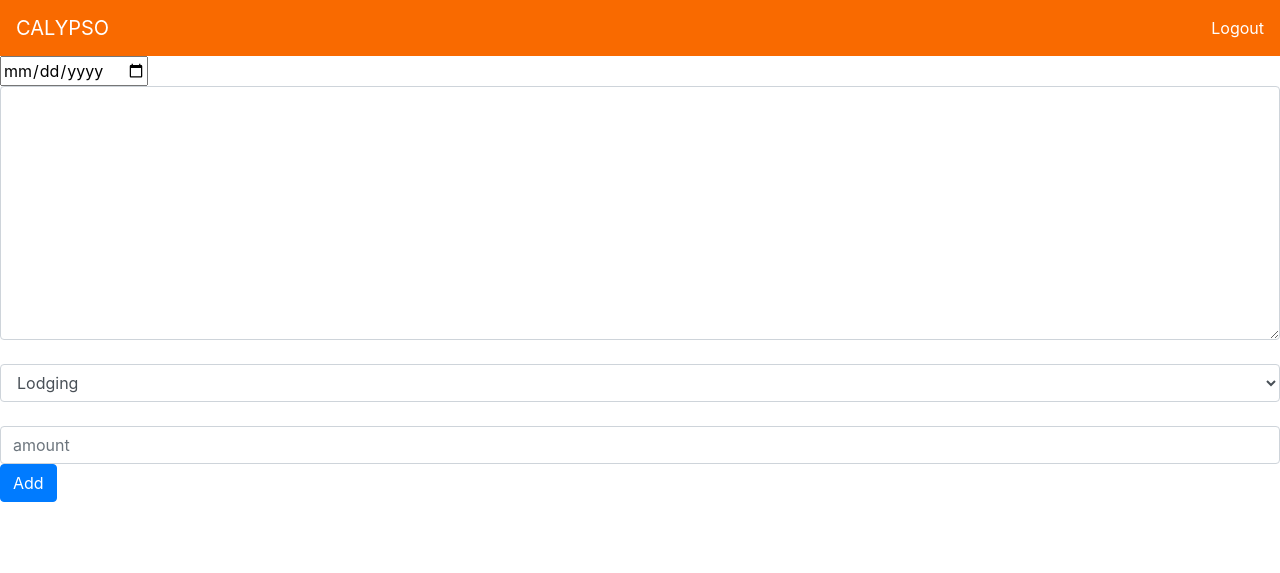
Repository: mileslacue/Project1
Page: Minimal Viable Product/Project1/ERS/src/main/webapp/partials/createReimbursement.html
An editor plug-in stored every save of this project. The page is shown before and after the next save, followed by the edit.
The browser window is 1280 px wide. The pictures show the whole page.
Some web libraries are served in a nearby version.

Above is the page before, as saved 2018-11-07 14:24:51.

### Minimal Viable Product/Project1/ERS/src/main/webapp/partials/createReimbursement.html
<!DOCTYPE html>
<html lang="en">

<head>
<meta charset="UTF-8">
<meta name="viewport" content="width=device-width, initial-scale=1.0">
<meta http-equiv="X-UA-Compatible" content="ie=edge">
<link rel="stylesheet" href="https://stackpath.bootstrapcdn.com/bootstrap/4.1.3/css/bootstrap.min.css" integrity="sha384-MCw98/SFnGE8fJT3GXwEOngsV7Zt27NXFoaoApmYm81iuXoPkFOJwJ8ERdknLPMO"

       crossorigin="anonymous">

<style>
nav {
	background-color: #F96A00;
}
</style>

</head>
<body>

	<nav class="navbar navbar-light">
		<a class="navbar-brand" href="#" style="color: white;"> CALYPSO </a> <a
			href="#" id="logout" style="color: white;">Logout</a>
	</nav>

	<input type="date" id="date" placeholder="">
	<br>
	<textarea class="form-control" name="description" id="description" cols="30" rows="10"></textarea>
	<br>
	<select class="form-control" name="type" id="type">
		<option value="Lodging">Lodging</option>
		<option value="Travel">Travel</option>
		<option value="Food">Food</option>
		<option value="Other">Other</option>
	</select>
	<br>
	<input class="form-control"type="number" placeholder="amount" id="amount">
	<button class="btn btn-primary" type="submit" id="add">Add</button>

	<script src="https://code.jquery.com/jquery-3.3.1.slim.min.js"
		integrity="sha384-q8i/X+965DzO0rT7abK41JStQIAqVgRVzpbzo5smXKp4YfRvH+8abtTE1Pi6jizo"
		crossorigin="anonymous"></script>
	<script
		src="https://cdnjs.cloudflare.com/ajax/libs/popper.js/1.14.3/umd/popper.min.js"
		integrity="sha384-ZMP7rVo3mIykV+2+9J3UJ46jBk0WLaUAdn689aCwoqbBJiSnjAK/l8WvCWPIPm49"
		crossorigin="anonymous"></script>
	<script
		src="https://stackpath.bootstrapcdn.com/bootstrap/4.1.3/js/bootstrap.min.js"
		integrity="sha384-ChfqqxuZUCnJSK3+MXmPNIyE6ZbWh2IMqE241rYiqJxyMiZ6OW/JmZQ5stwEULTy"
		crossorigin="anonymous"></script>
	<script type="text/javascript" charset="utf8" src="https://cdn.datatables.net/1.10.19/js/jquery.dataTables.js"></script>
</body>
</html>

After the next save:
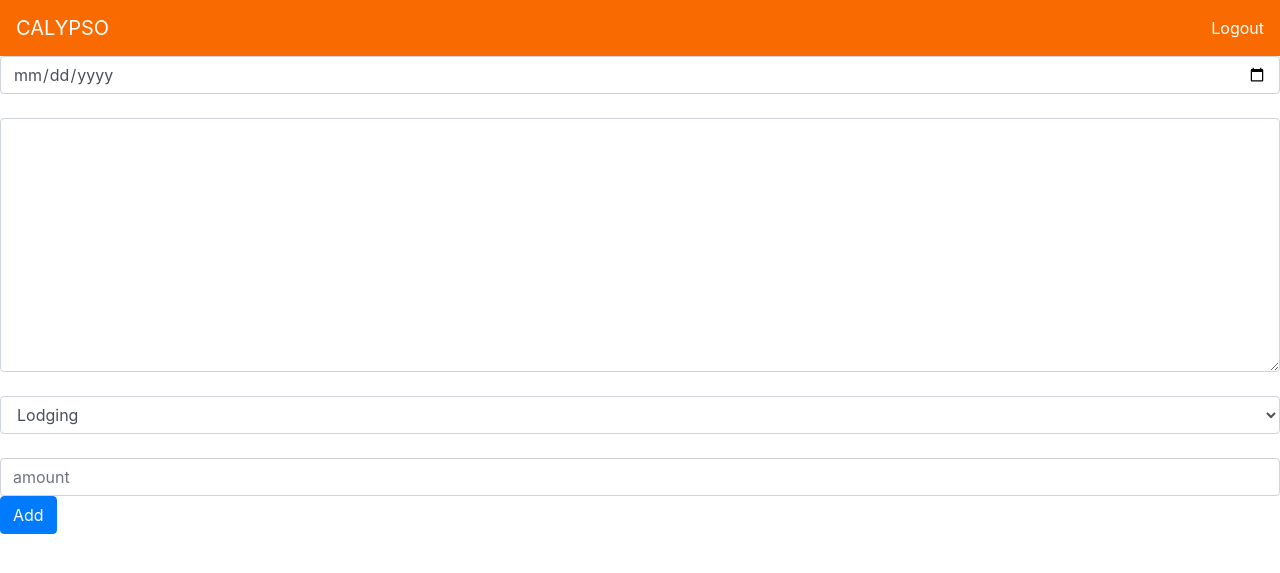
Saved 34 s later.
--- a/Minimal Viable Product/Project1/ERS/src/main/webapp/partials/createReimbursement.html
+++ b/Minimal Viable Product/Project1/ERS/src/main/webapp/partials/createReimbursement.html
@@ -23,7 +23,7 @@ nav {
 			href="#" id="logout" style="color: white;">Logout</a>
 	</nav>
 
-	<input type="date" id="date" placeholder="">
+	<input class="form-control" type="date" id="date" placeholder="">
 	<br>
 	<textarea class="form-control" name="description" id="description" cols="30" rows="10"></textarea>
 	<br>
